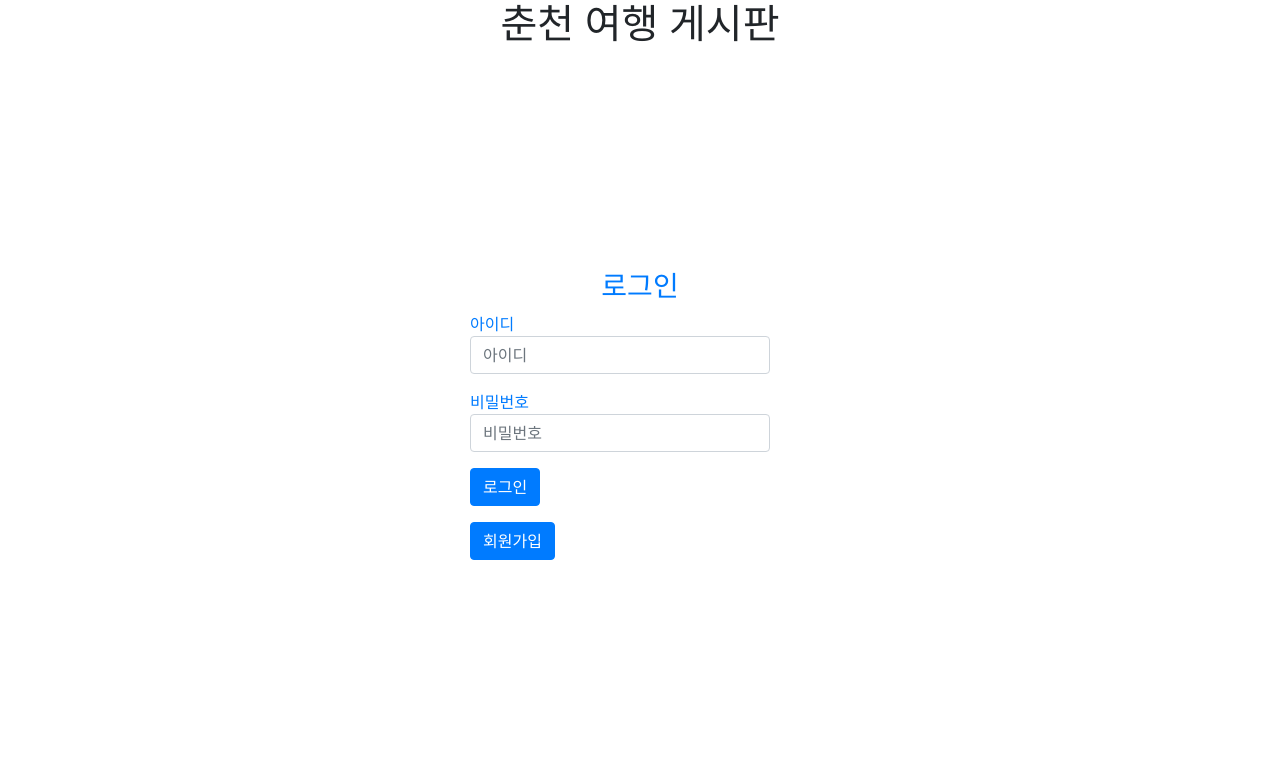
Repository: Seongjoo-Shin/webServer
Page: http://localhost/project/project/login.jsp
These files come from the project's save history. The page is drawn as it stood at one moment and after the next save; the edit follows.
The browser window is 1280 px wide. The pictures show the whole page.
The page is served by Tomcat 9.

Above is the page before, as saved 2021-06-14 05:29:10.

After the next save:
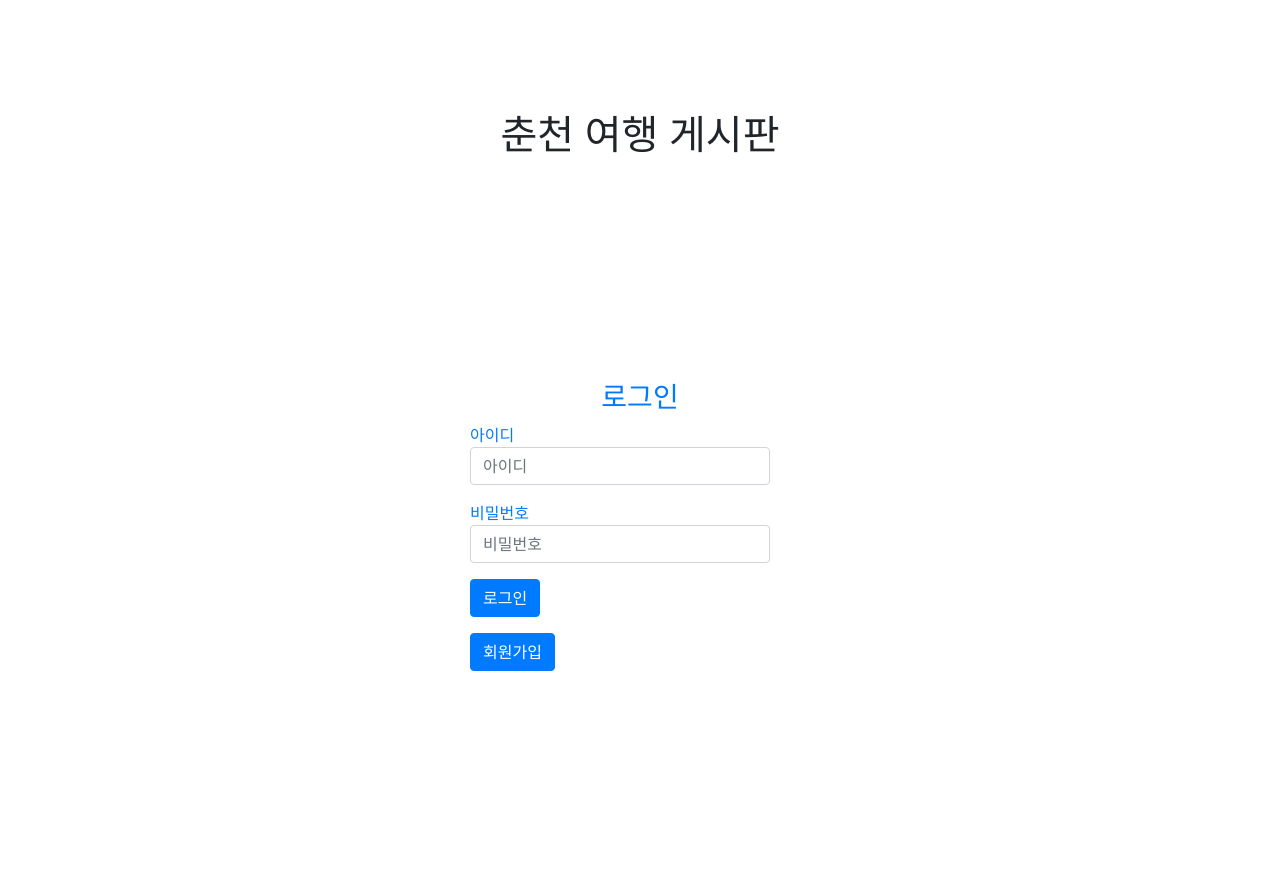
Saved 11 s later.
--- a/20165514_신성주_웹서버구축_프로젝트_소스코드/project/WebContent/project/login.jsp
+++ b/20165514_신성주_웹서버구축_프로젝트_소스코드/project/WebContent/project/login.jsp
@@ -9,7 +9,7 @@
 </head>
 <body>
 	<div class="container">
-	<h1 class="text-center">춘천 여행 게시판</h1>
+	<h1 class="text-center" style="margin:10% auto;">춘천 여행 게시판</h1>
 		<div class="col-sm-4" style="margin:20% auto; border=solid 1;">
 		<h3 class="text-center text-primary">로그인</h3>
 		<form method="post" action="login_process.jsp">
